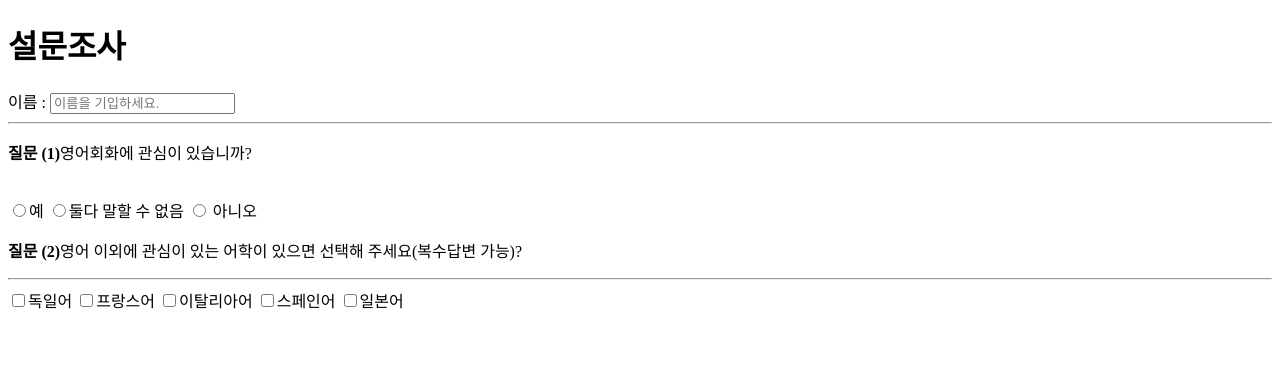
Repository: suhong99/htmlLecture
Page: cssWork1/src/main/webapp/indext5.html
An editor plug-in stored every save of this project. The page is shown before and after a run of saves, followed by the edit.
The browser window is 1280 px wide. The pictures show the whole page.

Above is the page before, as saved 2023-06-22 07:22:31.

After the next 2 saves:
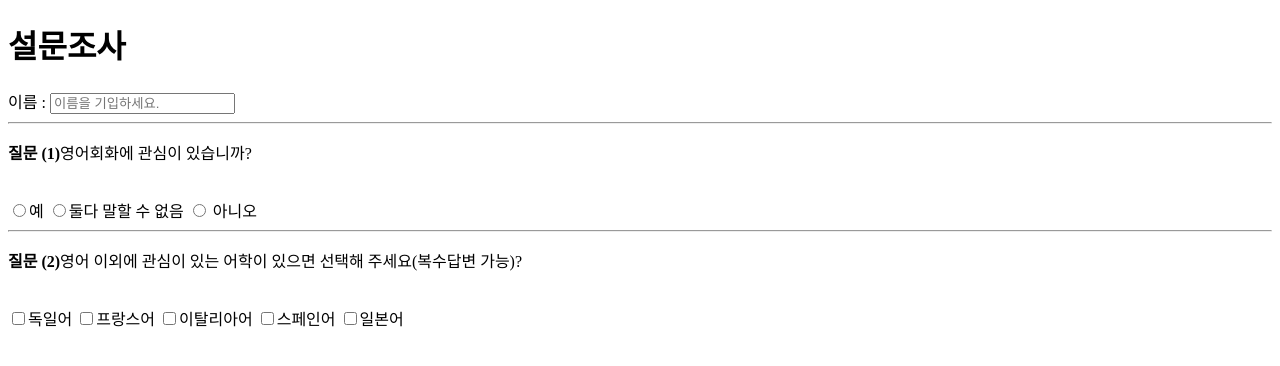
The 2 saves are shown as one change because they came seconds apart.
The last was saved 17 s later.
--- a/cssWork1/src/main/webapp/indext5.html
+++ b/cssWork1/src/main/webapp/indext5.html
@@ -16,9 +16,10 @@
 		<input type="radio" name="english">둘다 말할 수 없음
 		<input type="radio" name="english"> 아니오
 	</div>
+	<hr>
 	<p><b>질문 (2)</b>영어 이외에 관심이 있는 어학이 있으면 선택해 주세요(복수답변 가능)?</p>
-	<hr>
-	<div>
+	<br>
+		<div>
 		<input type="checkbox" name="otherLanguage">독일어
 		<input type="checkbox" name="otherLanguage">프랑스어
 		<input type="checkbox" name="otherLanguage">이탈리아어
